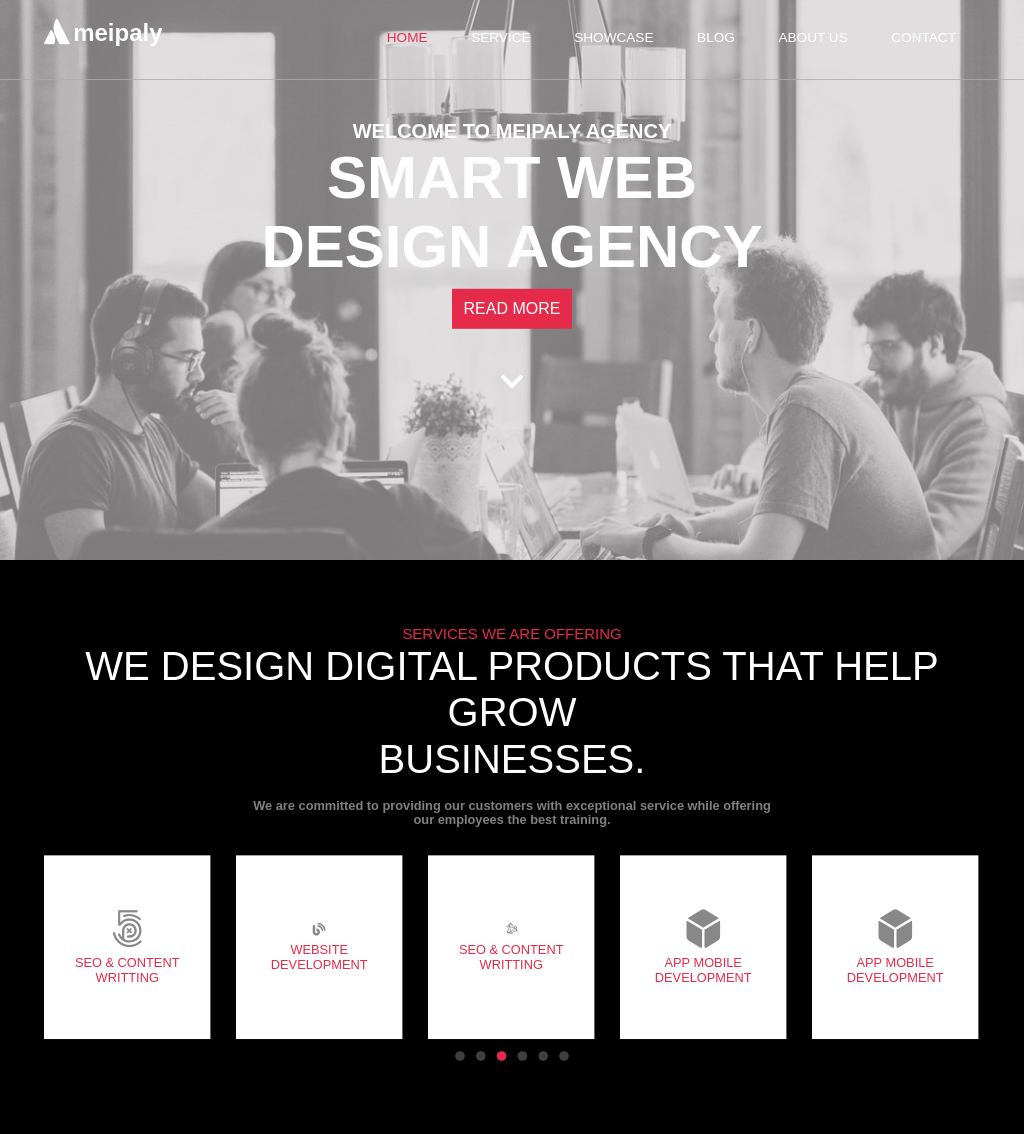
Repository: ToanNguyenThai/Meipaly
Page: index.html
An editor plug-in stored every save of this project. The page is shown before and after the next save, followed by the edit.
The browser window is 1280 px wide. The pictures show the whole page, at 80% of full size.

Above is the page before, as saved 2021-12-04 16:22:31.

### index.html
<!DOCTYPE html>
<html lang="en">

<head>
    <meta charset="UTF-8">
    <meta http-equiv="X-UA-Compatible" content="IE=edge">
    <meta name="viewport" content="width=device-width, initial-scale=1.0">
    <link rel="stylesheet" href="https://cdnjs.cloudflare.com/ajax/libs/font-awesome/5.15.4/css/all.min.css" />

    <link rel="stylesheet" href="owlcarousel/assets/owl.carousel.min.css">
    <link rel="stylesheet" href="owlcarousel/assets/owl.theme.default.min.css">
    <script src="https://code.jquery.com/jquery-3.6.0.min.js"></script>
    <script src="owlcarousel/owl.carousel.min.js"></script>

    <title>Meipaly</title>
    <link rel="stylesheet" href="/css/style.css">
</head>

<body>
    <header>
        <div class="header__content">
            <div class="header__logo">
                <a href="#">
                    <i class="fab fa-atlassian fa-2x"></i>
                    <span>meipaly</span>
                </a>
            </div>
            <nav>
                <ul>
                    <li class="active">
                        <a href="#">home</a>
                    </li>
                    <li>
                        <a href="#">service</a>
                    </li>
                    <li>
                        <a href="#">showcase</a>
                    </li>
                    <li>
                        <a href="#">blog</a>
                    </li>
                    <li>
                        <a href="#">about us</a>
                    </li>
                    <li>
                        <a href="#">contact</a>
                    </li>
                </ul>
            </nav>
        </div>
    </header>
    <section class="carousel">
        <div class="carousel__content">
            <h3>WELCOME TO MEIPALY AGENCY</h3>
            <h1>SMART WEB</h1>
            <h1>DESIGN AGENCY</h1>
            <div class="btn-area">
                <button>READ MORE</button>
            </div>
            <div class="scroll__arrow">
                <i class="fas fa-chevron-down fa-2x"></i>
            </div>

        </div>

    </section>

    <script>
        $(document).ready(function () {
            $('.owl-carousel').owlCarousel({
                autoplay: true,
                autoplayTimeout: 2000,
                autoplayHoverPause: true,
                loop: true,
                dots: true ,// if you don't want dots, change to false
                dotsEach: true,
                margin: 30,
                responsiveClass: true,
                responsive: {
                    0: {

                        items: 1
                    },
                    1000: {
                        items: 3,
                    },
                    1217: {
                        items: 5
                    }
                }
            })
        });
    </script>

    <section class="service">
        <div class="service__content">
            <h3>SERVICES WE ARE OFFERING</h3>
            <h1>WE DESIGN DIGITAL PRODUCTS THAT HELP GROW <br> BUSINESSES.</h1>
            <p>We are committed to providing our customers with exceptional service while offering <br>
                our employees the best training.</p>
            <div class="service__carousel">
                <div class="owl-carousel owl-theme">
                    <div class="carousel__item">
                        <i class="fa fa-dice-d6 fa-3x"></i>
                        <h3>APP MOBILE <br> DEVELOPMENT</h3>
                    </div>
                    <div class="carousel__item">
                        <i class="fab fa-autoprefixer fa-3x"></i>
                        <h3>DIGITAL<br> MARKETING</h3>
                    </div>
                    <div class="carousel__item">
                        <i class="fab fa-500px fa-3x"></i>
                        <h3>SEO & CONTENT <br> WRITTING</h3>
                    </div>
                    <div class="carousel__item">
                        <i class="fa fa-blog"></i>
                        <h3> WEBSITE <br> DEVELOPMENT</h3>
                    </div>
                    <div class="carousel__item">
                        <i class="fab fa-battle-net"></i>
                        <h3>SEO & CONTENT <br> WRITTING</h3>
                    </div>
                    <div class="carousel__item">
                        <i class="fa fa-dice-d6 fa-3x"></i>
                        <h3>APP MOBILE <br> DEVELOPMENT</h3>
                    </div>

                </div>

            </div>

        </div>


    </section>
</body>

</html>

### css/style.css
*{
    box-sizing: border-box;
    margin: 0;
    padding: 0;
    font-family: "Oswald", sans-serif;
    text-decoration: none;
}
header {
    width: 100%;
    height: 100px;
    position: absolute;
    border-bottom: 1px solid #adadad;
}
header .header__content{
    width: 100%;
    max-width: 1170px;
    margin: 0 auto;
    display: flex;
    justify-content: space-between;
    align-items: center;
}
.header__logo{
    margin-top: 23px;
}
.header__logo a{
    text-decoration: none;
    color: white;
}
.header__logo a span{
    font-size: 30px;
    font-weight: 700;
}
.header__content nav ul li{
    list-style-type: none;
    display: inline-block;
    text-transform: uppercase;
    font-size: 17px;
    margin-top: 35px;
    margin-left: 20px;
    margin-right: 30px;
}
.header__content nav ul li.active a{
    color : #e62b4a;
}
.header__content nav ul li a{
    color: white;
    transition: all 0.5s;
}
.header__content nav ul li a:hover{
    color : #e62b4a;
}

.carousel{
    height: 700px;
    background-image: url("../img/home_slider.jpg");
    background-size: cover;
    background-position: center;
    display: flex;
    justify-content: center;
}
.carousel__content{
    margin-top: 150px;
}
.carousel__content h1, .carousel__content h3{
    text-align: center;
    color: white;
}
.carousel__content h1{
    font-size: 75px;
}

.carousel__content h3{
    font-size: 25px;
}
.carousel__content .btn-area{
    margin-top: 10px;
    display: flex;
    justify-content: center;
}
.carousel__content .btn-area button{
    width: 150px;
    height: 50px;
    font-size: 20px;
    background-color: #e62b4a;
    outline: none;
    border : none;
    color: white;
    cursor: pointer;
    transition: all 0.5s;
}

.carousel__content .btn-area button:hover{
    filter: grayscale(30%);
}
.carousel__content .scroll__arrow{
    display: flex;
    justify-content: center;
    margin-top: 50px;
}
.carousel__content .scroll__arrow i{
    color: white;
}
.service{
    width: 100%;
    height: 100%;
    height: 717.6px;
    background-color: black;
    display: flex;
    justify-content: center;
    align-items: center;
}
.service__content{
    margin: 0 auto;
    width: 100%;
    max-width: 1170px;
}
.service__content h3, .service__content h1, .service__content p{
    text-align: center;

}

.service__content h3{
    color: #e62b4a;
    font-weight: normal;
}
.service__content h1{
    font-size: 50px;
    font-weight: normal;
    color: white;
}
.service__content p{
    color: #818081;
    font-weight: 600;
    margin-top: 20px;
}

.service__carousel{
    margin: 0 auto;
    margin-top: 35px;
    width: 100%;
    max-width: 1170px;
}
.carousel__item{
    width: 208px;
    height: 230px;
    background-color: #fff;
    display: flex;
    flex-direction: column;
    justify-content: center;
    align-items: center;
    color: #888888;
}
.carousel__item h3{
    color: #;
    font-size: 16px;
    padding-top: 10px;
}
.owl-theme .owl-dots .owl-dot span {
    width: 12px;
    height: 12px;
    background: #3f3f3f;
}
.owl-theme .owl-dots .owl-dot.active span, .owl-theme .owl-dots .owl-dot:hover span{
    background: #e62b4a;
}

Loaded but not shown: owlcarousel/assets/owl.carousel.min.css (library); owlcarousel/assets/owl.theme.default.min.css (common file); owlcarousel/owl.carousel.min.js (library)

After the next save:
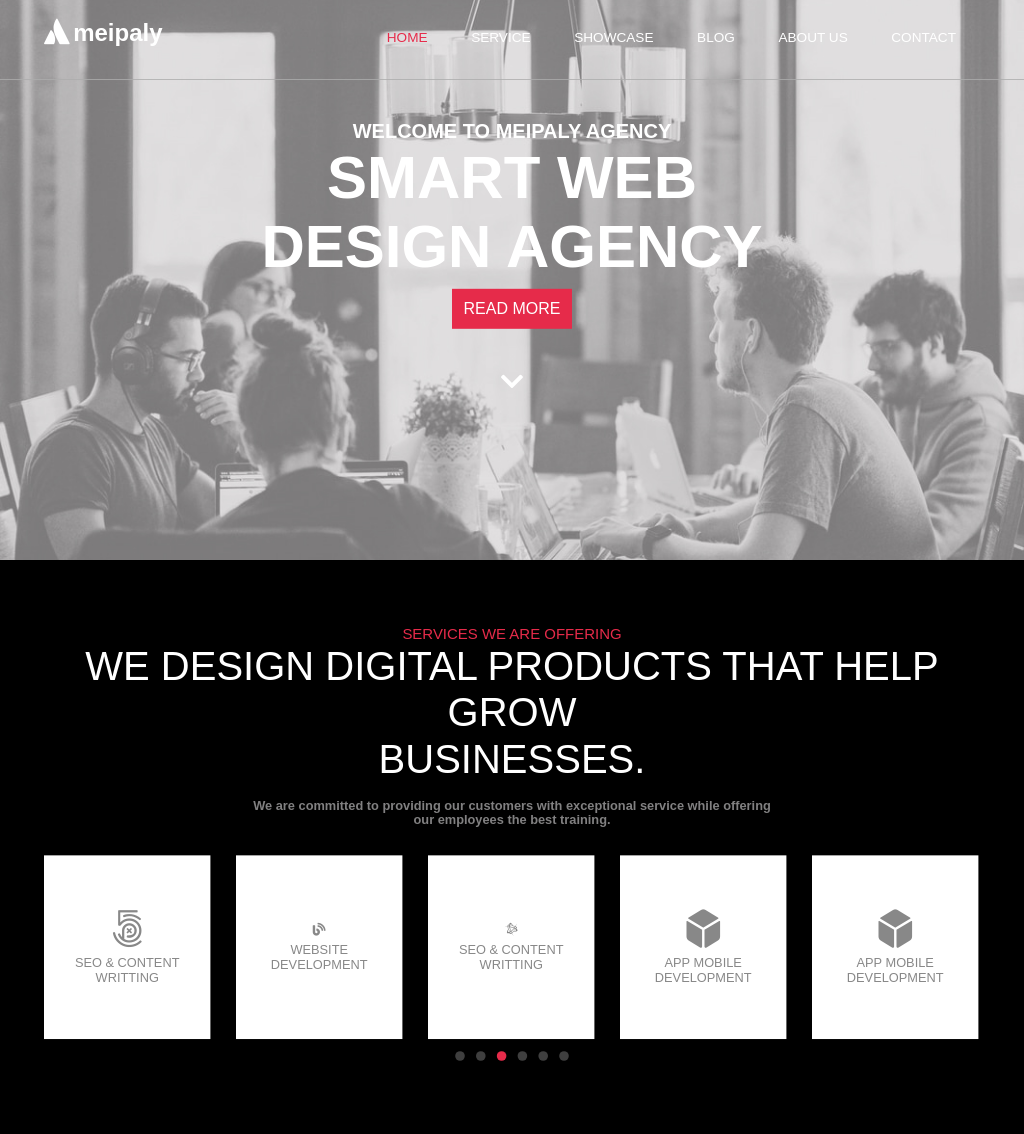
Saved 18 s later.
--- a/css/style.css
+++ b/css/style.css
@@ -151,7 +151,7 @@
     color: #888888;
 }
 .carousel__item h3{
-    color: #;
+    color: #888888;
     font-size: 16px;
     padding-top: 10px;
 }
